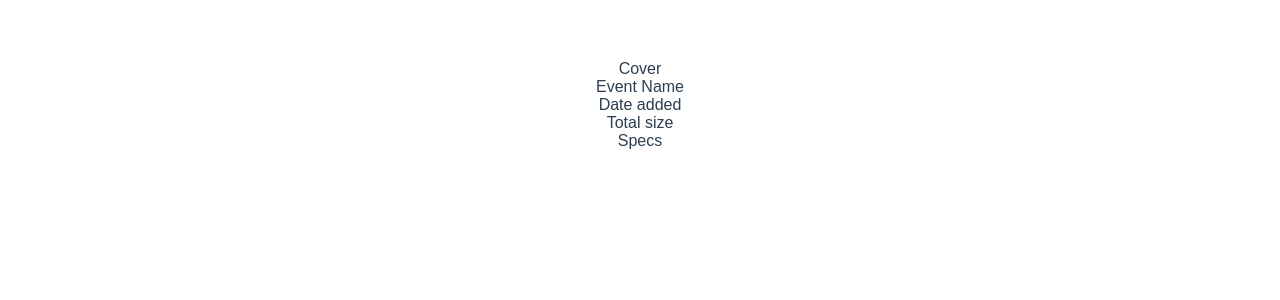
Repository: SyneosAndreia/Allergan_AFA84245_Website
Page: /
These files come from the project's save history. The page is drawn as it stood at one moment and after the next save; the edit follows.
The browser window is 1280 px wide. The pictures show the whole page.
The project was rebuilt for these pictures with package versions that can differ from the ones it lists, and the page was loaded fresh each time. Also part of the build but not shown: vue.config.js.

Above is the page before, as saved 2020-03-11 16:31:49.

### src/main.js
import Vue from 'vue'
import App from './App.vue'
import router from './router'
import store from './store'
import '@/css/global.css'

Vue.config.productionTip = false

new Vue({
  router,
  store,
  render: h => h(App)
}).$mount('#app')

### src/App.vue
<template>
  <div id="app">
    <div id="nav">
    </div>
    <router-view/>
  </div>
</template>

<style>
#app {
  font-family: Avenir, Helvetica, Arial, sans-serif;
  -webkit-font-smoothing: antialiased;
  -moz-osx-font-smoothing: grayscale;
  text-align: center;
  color: #2c3e50;
}

#nav {
  padding: 30px;
}

#nav a {
  font-weight: bold;
  color: #2c3e50;
}

#nav a.router-link-exact-active {
  color: #42b983;
}
</style>

### src/css/global.css
/* =======
[ RESET ]
========= */
* {
    margin: 0;
    padding: 0;
    font-family: Arial, Helvetica, sans-serif;
}

button {
    padding: 0;
    border: none;
    background: none;
}

h1 {
    font-size: 36;
    text-align: left;
}

.btn-modal {
    background-image: url("../assets/img/info.png");
    width: 74px;
    height: 24px;
    cursor: pointer;
}

/* =======
[ TABLE ]
========= */

.title-wrap,
.presentation-wrap {
    padding: 20px;
}

.element-wrap {
    width: 300px;
    text-align: left
}

### src/views/Home.vue
<template>
  <div>
    <MainPage/>
  </div>
</template>

<script>
// @ is an alias to /src
import MainPage from '@/components/Home.vue'

export default {
  name: 'Home',
  components: {
    MainPage
  }
}
</script>

### src/components/Home.vue
<template>
    <div class="tite-wrap">
        <div>Cover</div>
        <div>Event Name</div>
        <div>Date added</div>
        <div>Total size</div>
        <div>Specs</div>


    </div>
</template>


<script>
export default {
    name:'MainPage',
}
</script>

Loaded but not shown: public/index.html (common file); src/router/index.js (common file); src/store/index.js (common file)

After the next save:
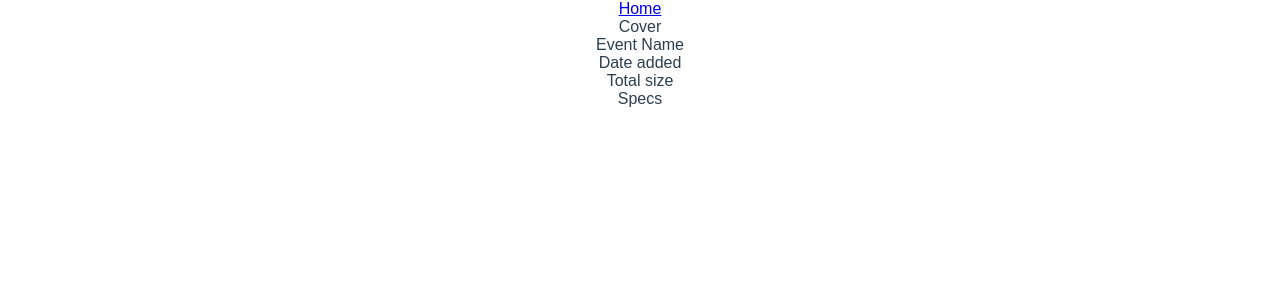
Saved 56 s later.
--- a/src/App.vue
+++ b/src/App.vue
@@ -1,7 +1,6 @@
 <template>
   <div id="app">
-    <div id="nav">
-    </div>
+<header><router-link to="/">Home</router-link></header>
     <router-view/>
   </div>
 </template>
